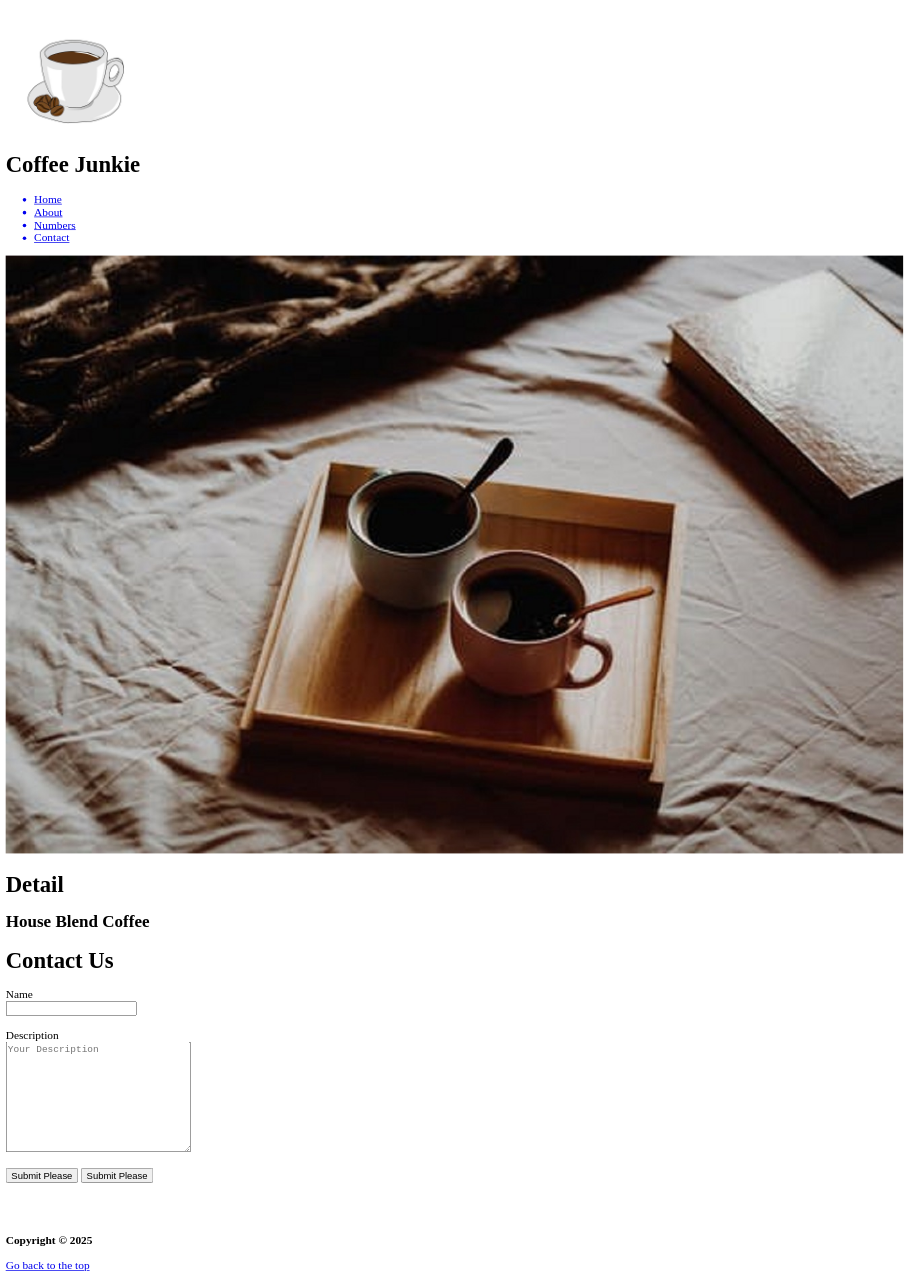
Repository: Tranghii/HTML-CSS
Page: HTML&CSS/miniExercise/index.html
An editor plug-in stored every save of this project. The page is shown before and after a run of saves, followed by the edit.
The browser window is 1280 px wide. The pictures show the whole page, at 71% of full size.

Above is the page before, as saved 2025-10-11 22:17:10.

### HTML&CSS/miniExercise/index.html
<!DOCTYPE html>
<html lang="en">
<head>
    <meta charset="UTF-8">
    <meta name="viewport" content="width=device-width, initial-scale=1.0">
    <title>Coffee Junkie Home</title>
</head>
<body>
    <div>
        <img id="top" src="images/coffeelogo.png" height="180" alt="coffee">
        <h1>Coffee Junkie</h1>
        <ul>
            <a href="#"><li>Home</li></a>
            <a href="about.html"><li>About</li></a>
            <a href="number.html"><li>Numbers</li></a>
            <a href="contact.html"><li>Contact</li></a>
        </ul>
        <img src="images/coffeeimage.jpeg" width="100%" alt="coffee">

        <div id="Detail">
            <h1>Detail</h1>
            <h2>House Blend Coffee</h2>
            <form action="">
                <h1>Contact Us</h1>
                <label for="">Name</label> <br>
                <input type="text" name="Name" id="">
                <br><br>
                <label for="">Description</label><br>
                <textarea name="" id="" cols="30" rows="10" placeholder="Your Description"></textarea><br><br>
            <input type="submit" name="" value="Submit Please">
            <button type="submit"> Submit Please</button>
            </form>
            <br><br><br><br>
            <strong>Copyright &copy; 2025</strong><br><br>
            <a href="#top">Go back to the top</a>
        </div>
    </div>


</body>
</html>

After the next 2 saves:
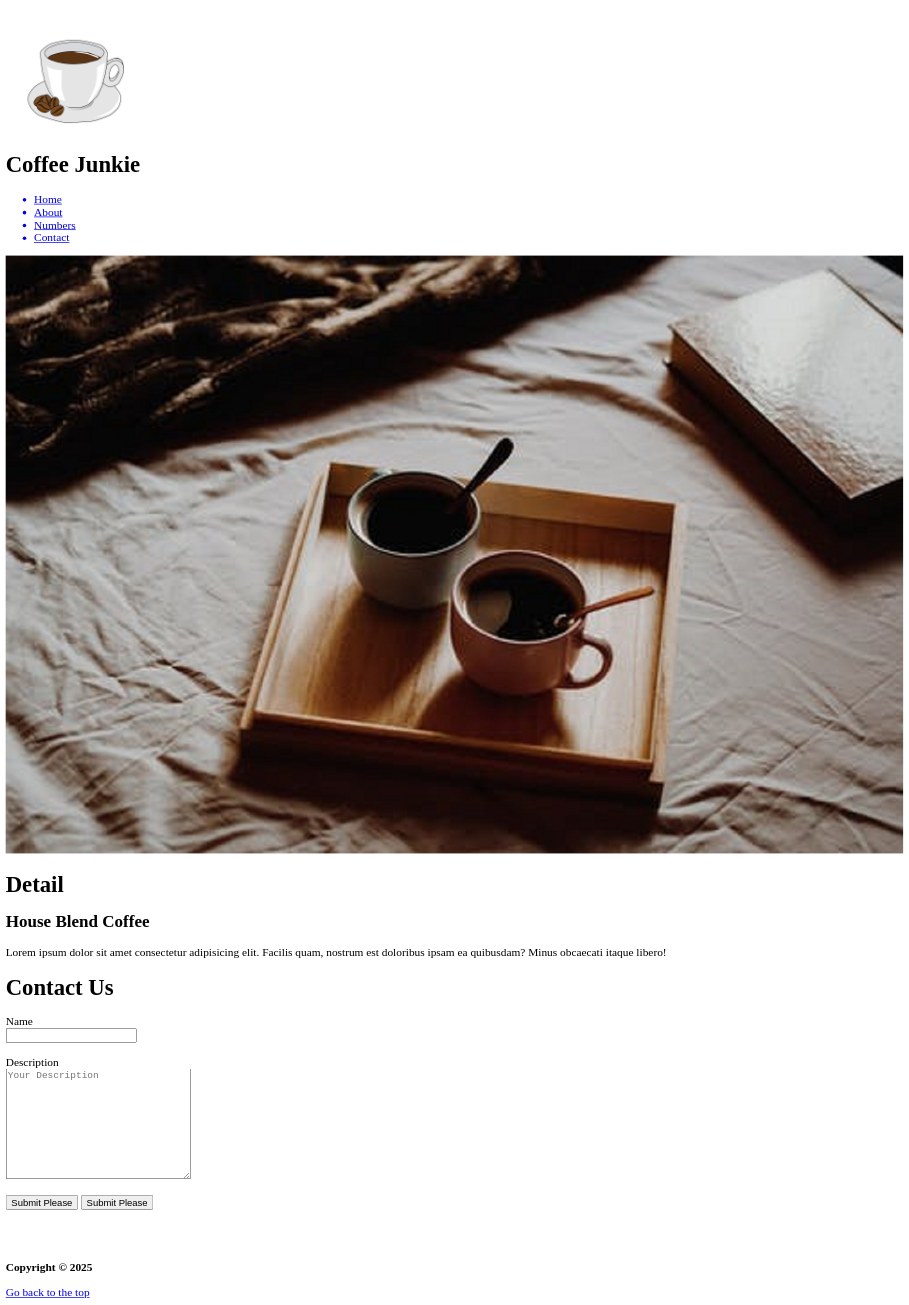
The 2 saves are shown as one change because they came seconds apart.
The last was saved 13 s later.
--- a/HTML&CSS/miniExercise/index.html
+++ b/HTML&CSS/miniExercise/index.html
@@ -20,6 +20,7 @@
         <div id="Detail">
             <h1>Detail</h1>
             <h2>House Blend Coffee</h2>
+            <p>Lorem ipsum dolor sit amet consectetur adipisicing elit. Facilis quam, nostrum est doloribus ipsam ea quibusdam? Minus obcaecati itaque libero!</p>
             <form action="">
                 <h1>Contact Us</h1>
                 <label for="">Name</label> <br>
